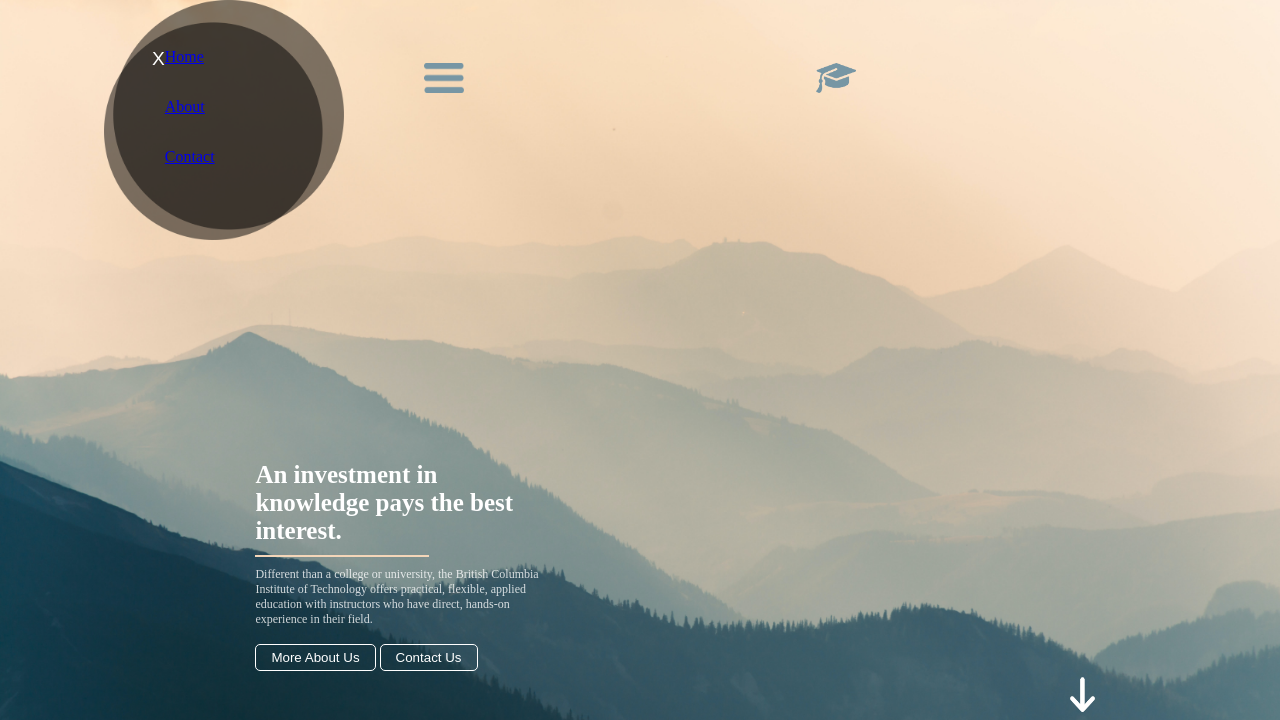
Repository: Sheraliramzan/Aly_A01253508_Assignment1
Page: /
These files come from the project's save history. The page is drawn as it stood at one moment and after the next save; the edit follows.
The browser window is 1280 px wide. The pictures show the whole page.
The project was rebuilt for these pictures with package versions that can differ from the ones it lists, and the page was loaded fresh each time. The framework's server and built-in components were replaced by stand-ins that run in the browser. Also part of the build but not shown: next.config.js.

Above is the page before, as saved 2023-02-04 17:46:04.

### pages/index.js
import Head from 'next/head'
import Image from 'next/image'
import styles from '../styles/Home.module.css'
import { useState } from 'react'
import { useRouter } from 'next/router'



export default function Home() {

  const [isMenuOpen, setIsMenuOpen] = useState(false);
  const handleClick = () => {
    setIsMenuOpen(!isMenuOpen);
  };
  const router = useRouter();
  return (
    <>
      <Head>
        <title>Home</title>
        <meta name="author" content="MDIA 2109" />
        <meta property="og:title" content= "Assignment #1 - Home Page"/>
        <meta property="og:description" content= "BCIT Digital Design and Development Diploma"/>
        <meta name="viewport" content="width=device-width, initial-scale=1" />
        <link rel="icon" href="/favicon.png" />
      </Head>
      <main className={styles.main}>
        <div className='fullcont'>
          <div className="navcont">
              <Image
                src={"/icons/menu-icon.png"}
                width={40}
                height={30}
                onClick={handleClick}
              />
              <Image src={"/icons/graduation-hat.png"} width={40} height={30} />
          </div>
          <div className="menucont">
          <div className="listcont">
            <div className="btncont">
              <button className="close" onChange={handleClick}>
                X
              </button>
            </div>
              <ul>
                <li>
                  <a href='#'>Home</a>
                </li>
                <li>
                  <a href='#'>About</a>
                </li>
                <li>
                  <a href='#'>Contact</a>
                </li>
              </ul>
            </div>
          <Image
            src={"/background-images/menuBackground.png"}
            width={240}
            height={240}
          />
        </div>

          <div className="headcont">
            <h1 className="headhome">An investment in <br/>knowledge pays the best <br/> interest.</h1>
            <div className="horidiv"></div>
            <p className="para1">Different than a college or university, the British Columbia <br/> Institute of Technology offers practical, flexible, applied education with instructors who have direct, hands-on experience in their field.</p>
          </div>
          <a className='butcont'>
            <button className='but1'>More About Us</button>
            <button className='but1'>Contact Us</button>
          </a>
          <a>
            <span>
              <Image className='downarrow' src ={"/downwardArrow.png"} width={25} height={35}></Image>
            </span>
          </a>
        </div>
      </main>
    </>
  )
}

### styles/globals.css


* {
  box-sizing: border-box;
  padding: 0;
  margin: 0;
}

html,
body {
  max-width: 100vw;
  overflow-x: hidden;

  background-image:url('../public/background-images/backgroundMountain.jpg') ;
  background-size: cover;
  background-repeat: no-repeat;
  height: 100vh;
}
.navcont {
  display: flex;
  align-items: center;
  justify-content: space-between;
  padding: 3rem 3rem;
}
.menucont{
  position: absolute;
  top: 0rem;
  left: 6.5rem;
}

ul {
  display: flex;
  flex-direction: column;
  gap: 2rem;
}

ul > li {
  list-style-type: none;
  color: white;
}
.listcont{
  position: absolute;
  display: flex;
  align-items: flex-start;
  left: 3rem;
  top: 3rem;
}

.btncont {
  display: flex;
}

.close {
  background-color: transparent;
  border: none;
  font-size: larger;
  color: white;
}

.fullcont{
  margin: 15px;
}
.but1{
  margin: 2px;
  padding: 5px 15px;
  background: none;
  border: 1px solid var(--primary-color);
  border-radius: 5px;
  color:var(--primary-color) ;
}
.butcont{
 margin-left: -123px;
}

.but1:hover{
  background-color: var( --primary-color);
  color: var(--quinary-color);
}
.downarrow{
  position: relative;
  left: 590px;
  top:50px;
}
.headcont{
  display: flex;
  flex-direction: column;
  width: 55%;
  margin-top: 320px;
  margin-left: -121px;
}
.headhome{
  color: var(--primary-color);
  font-size: 25px;
  margin-bottom: 10px;
}
.horidiv{
  width: 60%;
  border: 1px solid var(--secondary-color);
  margin-bottom: 10px;
}
.para1{
  color: var(--primary-color);
  font-size:12px;
  width: 100%;
  opacity: 0.8;
}


#carouselImage{
  height: 200px;
  background-repeat: no-repeat;
  background-size: cover;
  display: flex;
  justify-content: center;
  align-items: center;
  margin: 40px 0px;
}
#testOnImageHere{
  background-color: rgba(16, 46, 53, 0.5);
  padding: 10px;
  margin: 0px 50px;
}

### styles/variables.css
:root{
    --primary-color:#fff;
    --secondary-color:#f4d6b9;
    --ternary-color: #7796a4;
    --quaternary-color:#14343d;
    --quinary-color:rgba(16,46,53,0.5);
}

### styles/Home.module.css
.main {
  display: flex;
  flex-direction: column;
  justify-content: space-between;
  align-items: center;
}

Loaded but not shown: pages/_app.js (common file); pages/_document.js (common file); pages/api/hello.js (common file)

After the next save:
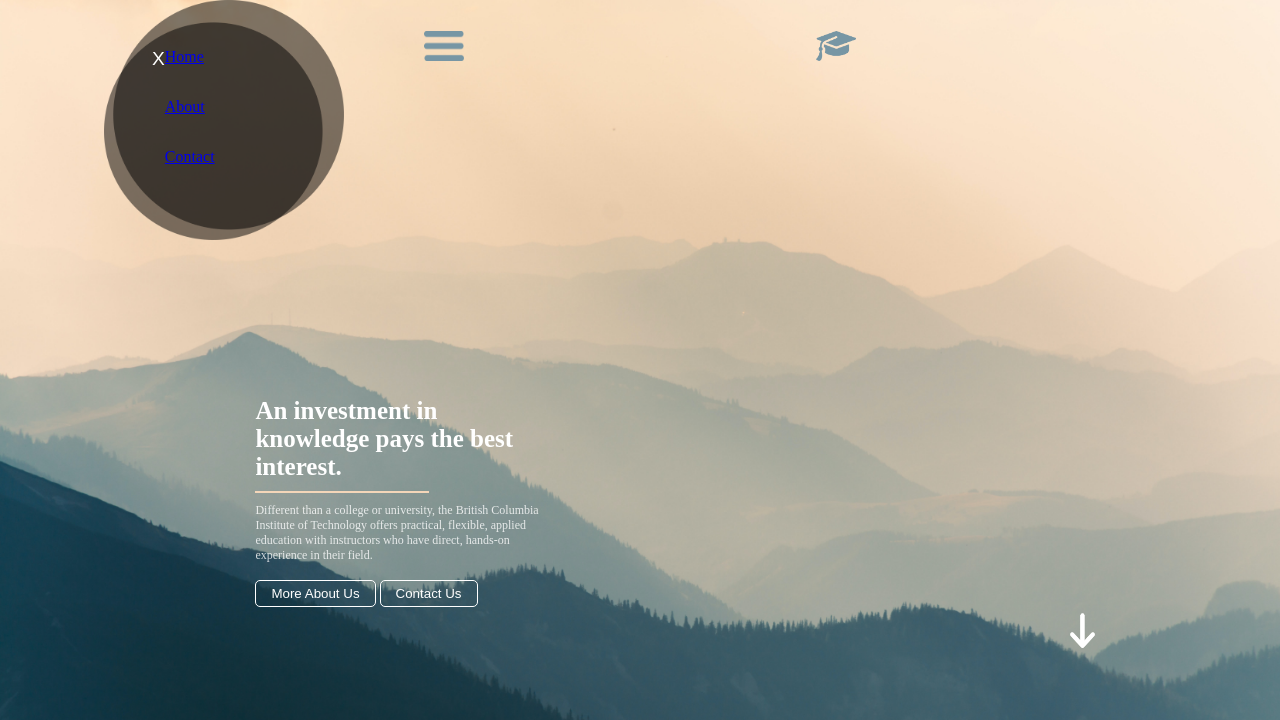
Saved 4 s later.
--- a/styles/globals.css
+++ b/styles/globals.css
@@ -20,7 +20,7 @@ body {
   display: flex;
   align-items: center;
   justify-content: space-between;
-  padding: 3rem 3rem;
+  padding: 1rem 3rem;
 }
 .menucont{
   position: absolute;
